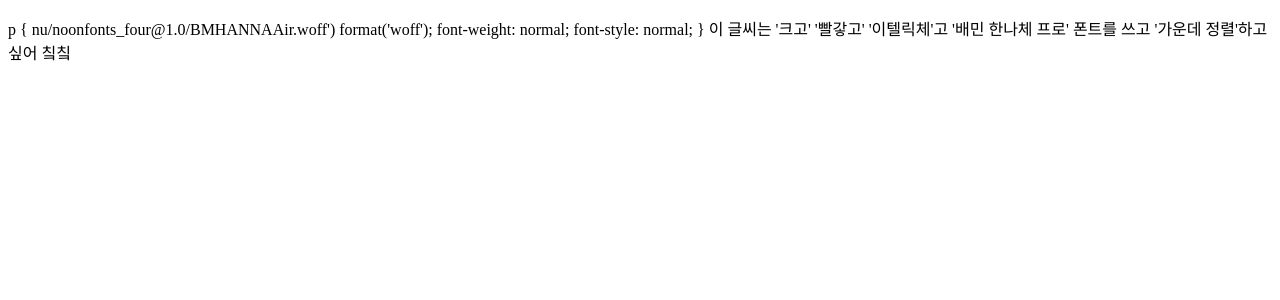
Repository: wijune0327/wijune0327.github.com
Page: 190922/font.html
The author's editor kept a record of every edit. The page is drawn from the files as they stood at one moment, then again after the next edit.
The browser window is 1280 px wide. The pictures show the whole page.

Above is the page before.

After the next edit:
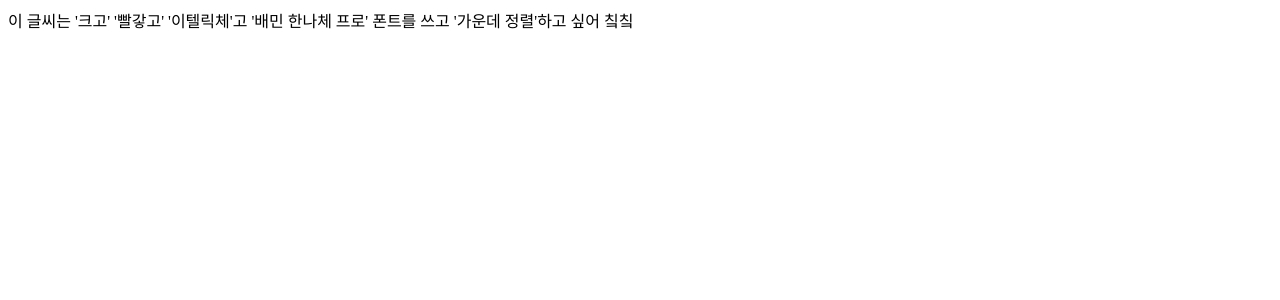
The edit:
--- a/190922/font.html
+++ b/190922/font.html
@@ -12,10 +12,6 @@
     <title>Document</title>
 </head>
 <body>
-    <p class="special">
-        p {
-        nu/noonfonts_four@1.0/BMHANNAAir.woff') format('woff'); font-weight: normal; font-style: normal; }
-
         이 글씨는 '크고' '빨갛고' '이텔릭체'고 '배민 한나체 프로' 폰트를 쓰고 '가운데 정렬'하고 싶어 칰칰
     </p>
 </body>
